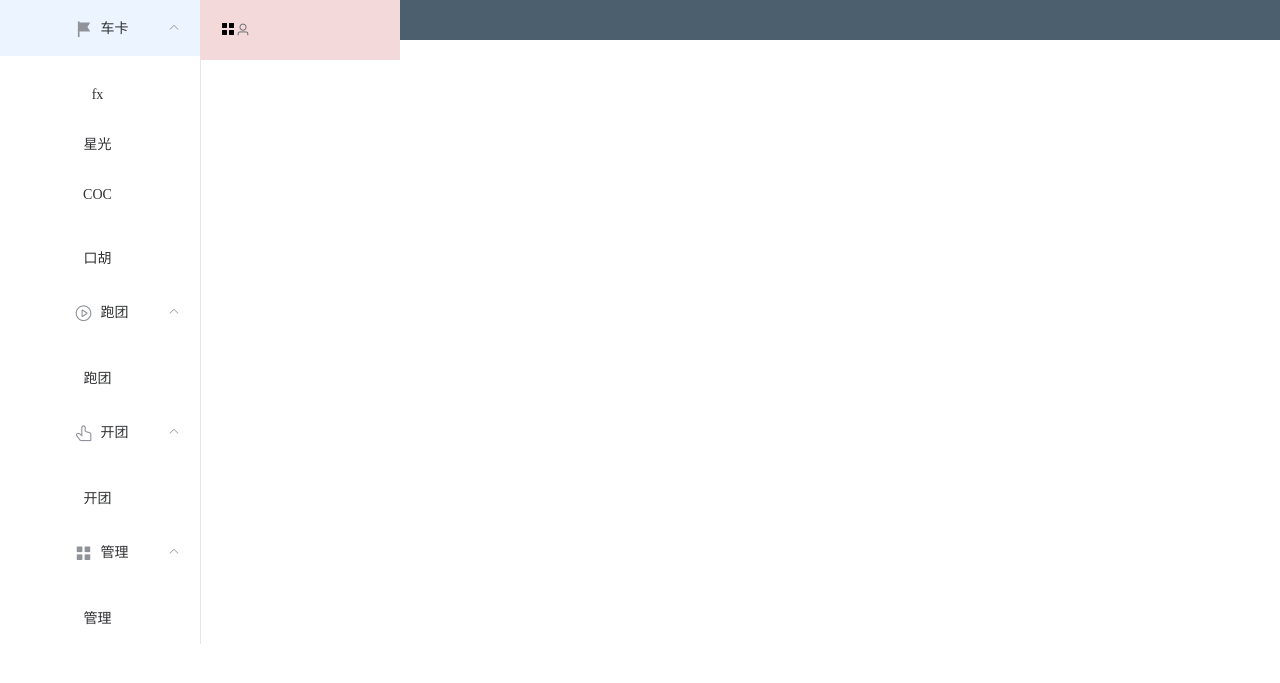
Repository: redlout/ptgkd
Page: /
These files come from the project's save history. The page is drawn as it stood at one moment and after the next save; the edit follows.
The browser window is 1280 px wide. The pictures show the whole page.
The project was rebuilt for these pictures with package versions that can differ from the ones it lists, and the page was loaded fresh each time. Also part of the build but not shown: src/mock/mock.js, src/views/Login.vue, src/components/SvgIcon/index.vue.

Above is the page before, as saved 2019-09-02 17:26:23.

After the next save:
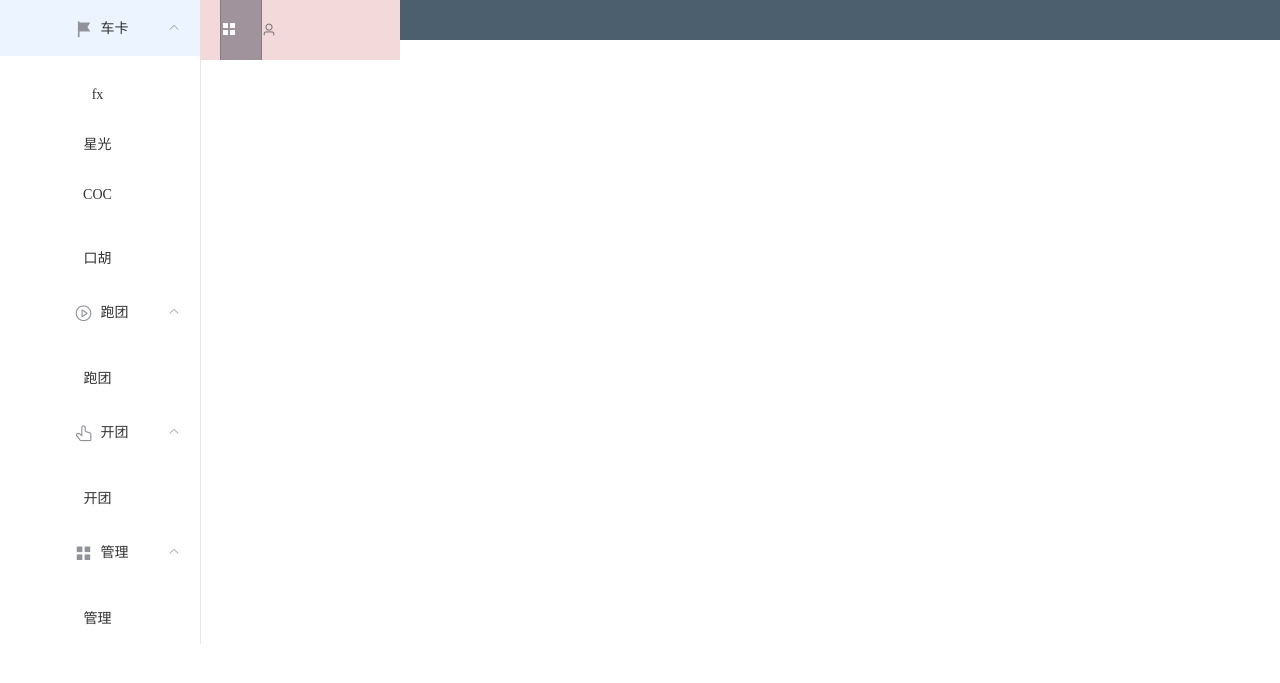
Saved 35 s later.
--- a/src/components/HeadBar/index.vue
+++ b/src/components/HeadBar/index.vue
@@ -25,4 +25,16 @@
   height: 60px;
   line-height: 60px;
 }
+  .collapse-switcher {
+    width: 40px;
+    float: left;
+    cursor: pointer;
+    border-color: rgba(111, 123, 131, 0.8);
+    border-left-width: 1px;
+    border-left-style: solid;
+    border-right-width: 1px;
+    border-right-style: solid;
+    color: white;
+    background: #504e6180;
+  }
 </style>
